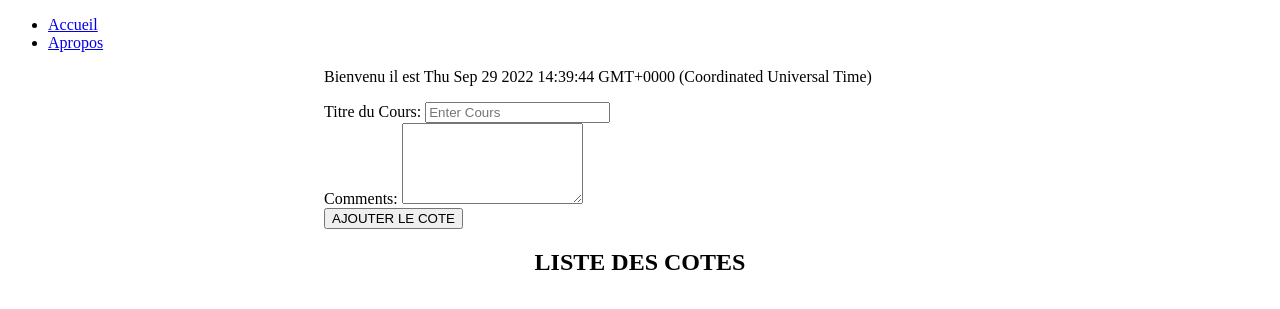
Repository: SKB-TECH/MinProject
Page: http://localhost/
An editor plug-in stored every save of this project. The page is shown before and after the next save, followed by the edit.
The browser window is 1280 px wide. The pictures show the whole page.
The page is served by the project's Node server (app.js).

Above is the page before, as saved 2022-09-30 13:57:09.

### IHM/index.ejs
<!DOCTYPE html>
<html lang="en">
  <head>
    <meta charset="UTF-8" />
    <meta http-equiv="X-UA-Compatible" content="IE=edge" />
    <meta name="viewport" content="width=device-width, initial-scale=1.0" />
    <link
      rel="stylesheet"
      href="../node_modules/bootstrap/dist/css/bootstrap.min.css"
    />
    <title>NoteApp</title>
  </head>
  <body>
    <header>
      <nav class="navbar navbar-expand-sm bg-primary navbar-success">
        <div class="container-fluid">
          <ul class="navbar-nav">
            <li class="nav-item">
                <a class="nav-link active" href="/">Accueil</a>
              </li>
              <li class="nav-item">
                <a class="nav-link" href="/apropos">Apropos</a>
              </li>
          </ul>
        </div>
      </nav>
    </header>
    <section>
      <div style="width: 50%; margin: auto;">
        <p>Bienvenu il est <%= dates %> </p>
        <form action="/action_page.php">
          <div class="mb-3 mt-3">
            <label for="email" class="form-label">Titre du Cours:</label>
            <input
              type="email"
              class="form-control"
              id="email"
              placeholder="Enter Cours"
              name="email"
            />
          </div>
          <div class="mb-3">
            <label for="comment">Comments:</label>
            <textarea
              class="form-control"
              rows="5"
              id="comment"
              name="text"
            ></textarea>
          </div>
          <button type="submit" class="btn btn-primary width:100%">
            AJOUTER LE COTE
          </button>
        </form>
      </div>
    </section>
    <section>
        <h1 style="text-align:center;">LISTE DES COTES</h1>
    </section>
  </body>
</html>

### app.js
const express = require('express')
const { statut } = require('express/lib/response')
const app = express()

app.use(express.static('./node_modules/bootstrap/dist/css/bootstrap.min.css'))

//Definition du moteur de visualisation (vieuw engine)
app.set('view engine', 'ejs')
app.set('views', 'IHM')

//Defintion des routes
app.get('/', (requete, reponse) => {
    const dates = Date().toString()
    reponse.status(200).render('index', { dates })
})

app.get('/apropos', (requete, reponse) => {
    reponse.status(200).render('apropos')
})

app.use((requete, reponse) => {
    reponse.status(200).render('pageIntrouvable')
})

app.listen(3002, () => {
    console.log('Server lance au port 3002')
})

### IHM/pageIntrouvable.ejs
<!DOCTYPE html>
<html lang="en">
<head>
    <meta charset="UTF-8">
    <meta http-equiv="X-UA-Compatible" content="IE=edge">
    <meta name="viewport" content="width=device-width, initial-scale=1.0">
    <link
    rel="stylesheet"
    href="../node_modules/bootstrap/dist/css/bootstrap.min.css"
  />
    <title>PageNotFound</title>
</head>
<body>

    <header>
        <nav class="navbar navbar-expand-sm bg-primary navbar-success">
          <div class="container-fluid">
            <ul class="navbar-nav">
                <li class="nav-item">
                    <a class="nav-link active" href="/">Accueil</a>
                  </li>
                  <li class="nav-item">
                    <a class="nav-link" href="/apropos">Apropos</a>
                  </li>
            </ul>
          </div>
        </nav>
      </header>
   <section>
        <div style="width: 50%; margin:auto; margin-top:20px;">
            <h1>Error 404: Page Not Found</h1>
        <p>
            Vous aviez saisi un mauvais URL
        </p>
        </div>
   </section>
</body>
</html>

After the next save:
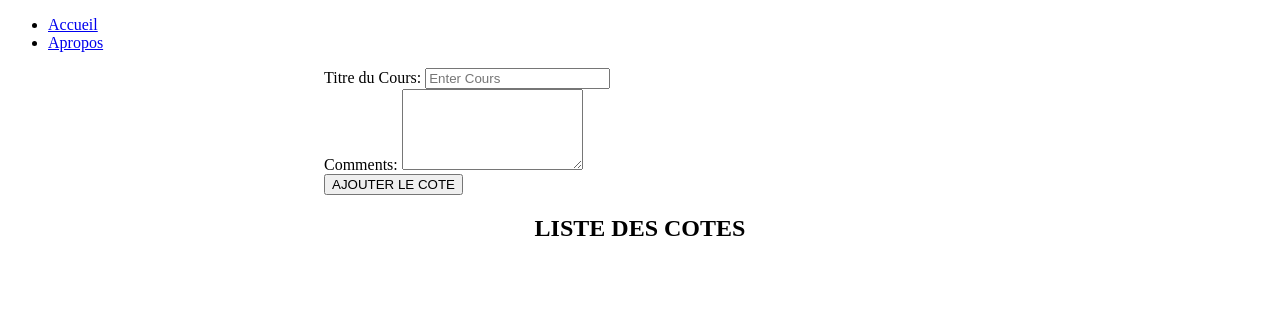
Saved 30 s later.
--- a/IHM/index.ejs
+++ b/IHM/index.ejs
@@ -27,7 +27,6 @@
     </header>
     <section>
       <div style="width: 50%; margin: auto;">
-        <p>Bienvenu il est <%= dates %> </p>
         <form action="/action_page.php">
           <div class="mb-3 mt-3">
             <label for="email" class="form-label">Titre du Cours:</label>
